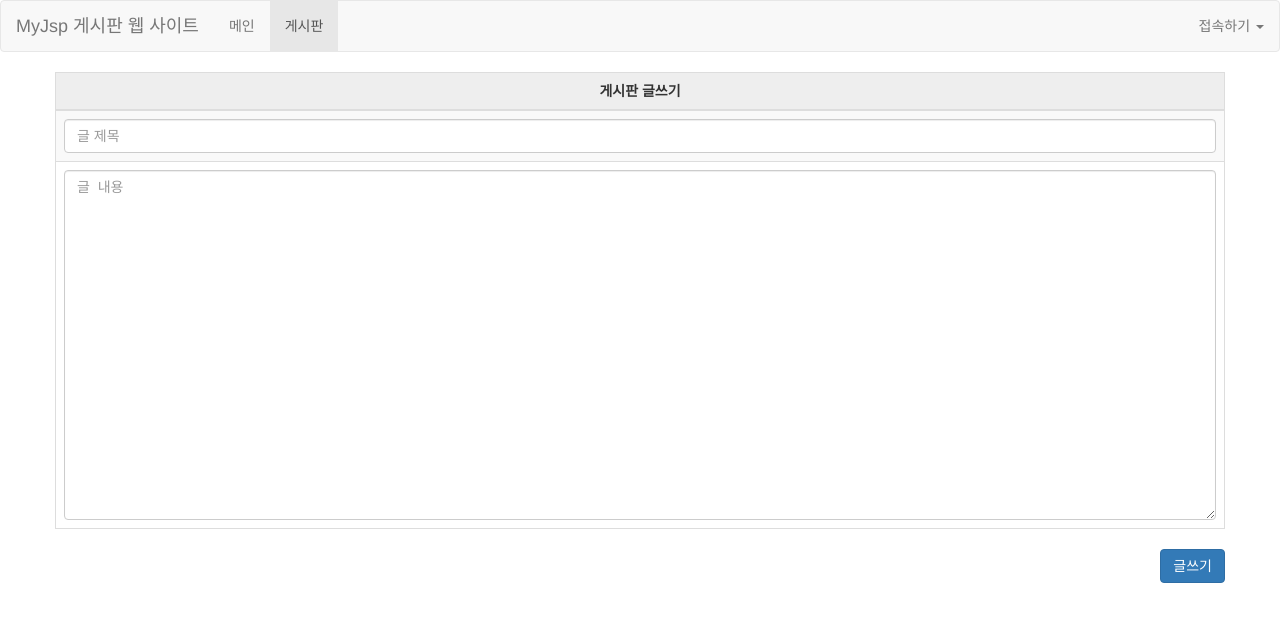
Repository: Ji3un/JspBoard
Page: http://localhost/BBS/view.jsp
These files come from the project's save history. The page is drawn as it stood at one moment and after the next save; the edit follows.
The browser window is 1280 px wide. The pictures show the whole page.
Some web libraries are served in a nearby version. The page is served by Tomcat 9.

Above is the page before, as saved 2017-10-03 13:08:13.

After the next save:
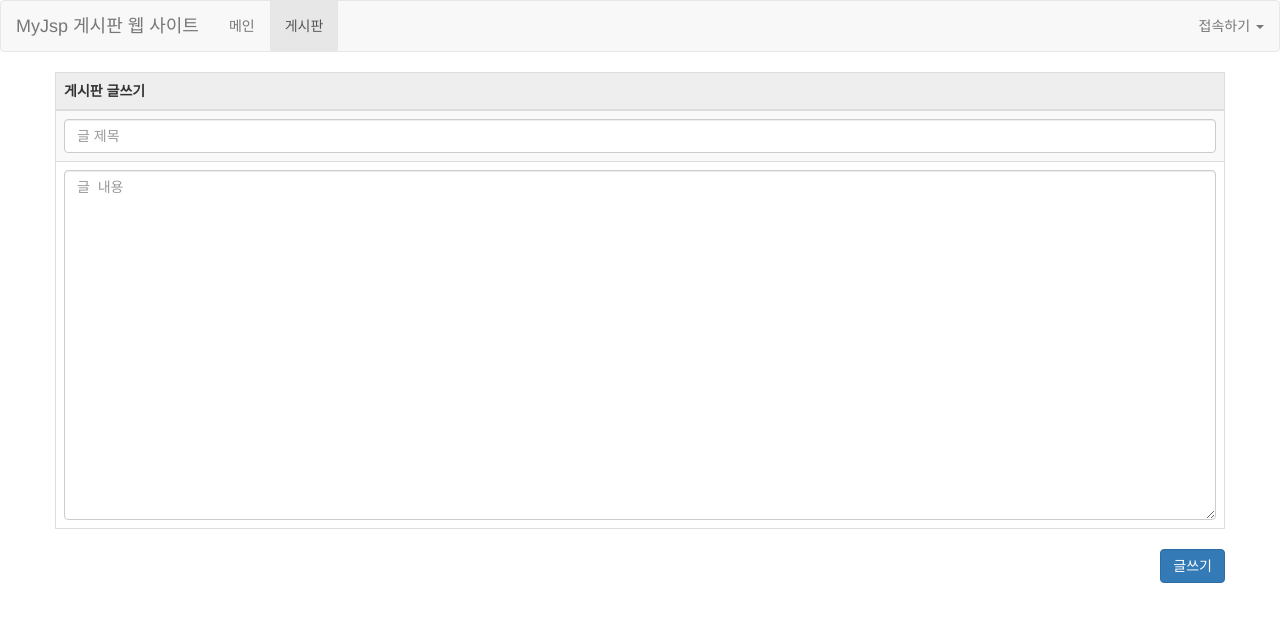
Saved 37 s later.
--- a/BBS/WebContent/view.jsp
+++ b/BBS/WebContent/view.jsp
@@ -70,7 +70,7 @@
 					<thead>
 						<tr>
 							<th colspan="2"
-								style="background-color: #eeeeee; text-align: center;">게시판
+								style="background-color: #eeeeee; ">게시판
 								글쓰기</th>
 						</tr>
 					</thead>
